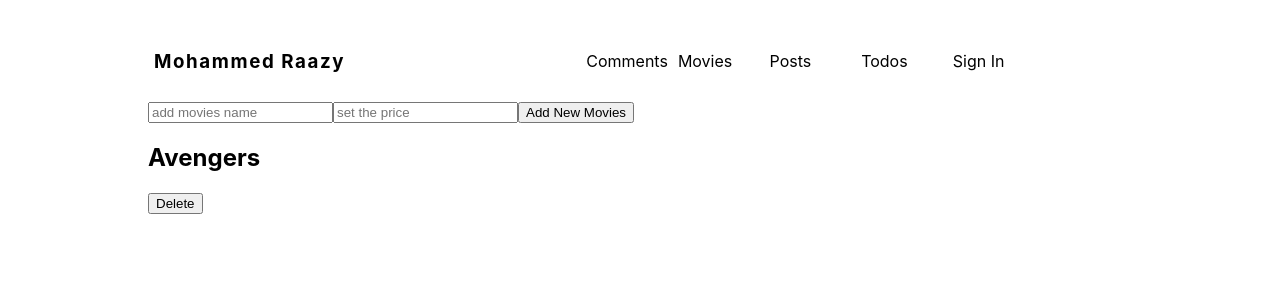
Repository: raazymuhd1/learn-nextjs
Page: /movies
These files come from the project's save history. The page is drawn as it stood at one moment and after the next save; the edit follows.
The browser window is 1280 px wide. The pictures show the whole page.
The page's requests for data from a server got no answer. The project was rebuilt for these pictures with package versions that can differ from the ones it lists, and the page was loaded fresh each time. The framework's server and built-in components were replaced by stand-ins that run in the browser. No one was signed in, and anything a server would have sent is missing.

Above is the page before, as saved 2021-09-02 18:54:29.

### pages/_app.js
import Layout from '../components/Layout'
import '../styles/globals.css'
import { createStore } from "redux"
import { Provider } from "react-redux"

import  allReducers from "../reducers"

const store = createStore(allReducers)

function MyApp({ Component, pageProps }) {
  return (
    <Provider store={store}>
      <Layout>
         <Component {...pageProps} />
      </Layout>
    </Provider>
  )

}

export default MyApp

### pages/movies/index.js
import React, { useState, useRef } from 'react'
import { useSelector, useDispatch } from "react-redux"
import { useRouter } from "next/router"
import MovieList from '../../components/movieList'

const Movie = () => {
       const [ movieName, setMovieName ] = useState("")
       const [ moviePrice, setMoviePrice ] = useState("")
       const btnRef = useRef();

       const movies = useSelector(state => state.movies )
       const dispatch = useDispatch()
       const { push } = useRouter()

    return (
        <div>
             <input
             type="text"
             value={movieName}
             onChange={e => setMovieName(e.target.value) }
             placeholder="add movies name" />

             <input
             type="text"
             value={moviePrice}
             onChange={e => setMoviePrice(e.target.value) }
             placeholder="set the price"  />
             <button
             onClick={ () => dispatch({ type: "addMovie", name: movieName, price: moviePrice }) } > Add New Movies </button>

             { movies.map((movie, index) => (
                 <div>
                   <MovieList name={movie.name} ref={btnRef}  />
                 </div>
             )) }
        </div>
    )
}

export default Movie

### components/Layout/index.js
import React, { useEffect } from 'react'
import Head from 'next/head'
import { Container, Main } from '../global'
import Navbar from '../Navbar'

const Layout = ({ children }) => {

    return (
        <Container>
            <Navbar />
            <Head>
                <meta name="description" content="nextjs app" />
                <title> Big Next Project </title>
            </Head>

            <Main>
                { children }
            </Main>
        </Container>
    )
}

export default Layout

### reducers/index.js
import { combineReducers } from "redux"
import { movies } from './movies'

const allReducers =  combineReducers({
       movies,
})

export default allReducers;

### components/movieList/index.js
import React, { forwardRef } from 'react'
import PropTypes from "prop-types"

const MovieList = forwardRef(( { name }, ref ) => {

    const getRef = () => {
        console.log(ref.current)
    }

    return (
        <div>
            <h2> { name } </h2>
            <button ref={ref} onClick={getRef}> Delete </button>
        </div>
    )
})

MovieList.propTypes = {
    name: PropTypes.string.isRequired,
    // name: PropTypes.oneOfType([PropTypes.array, PropTypes.bool])
}

export default MovieList

### components/global/index.js
import styled from 'styled-components'

export const Container = styled.div`
    padding: 10px;
    width: 80%;
    margin: 1rem auto;
`
export const Main = styled.main`
    padding: 5px 10px;
`

### components/Navbar/index.js
import { LI, Nav, UL, HeadingThree } from "./styles";
import Link from "next/link"
import { useSession, signIn, signOut } from "next-auth/client"

const Navbar = () => {
     const [session, loading] = useSession()

    return (
        <Nav>
             <HeadingThree> Mohammed Raazy </HeadingThree>
             <UL>
                 <Link href="/comment">
                     <LI> Comments </LI>
                 </Link>
                 <Link href="/movies">
                     <LI> Movies </LI>
                 </Link>
                 <Link href="/posts">
                     <LI> Posts </LI>
                 </Link>
                 <Link href="/todo">
                     <LI> Todos </LI>
                 </Link>
                 { !session &&
                        <LI onClick={() => signIn()}> Sign In </LI>
                  }
                  { session && !loading &&
                        <LI onClick={() => signOut() } > Sign Out </LI>
                  }
             </UL>
        </Nav>
    )
}

export default Navbar;

### reducers/movies.js
const initialState = [
    { id: 1, name: "Avengers", price: "3k" },
]

export const movies =  (state = initialState, action) => {
     switch(action.type) {
         case "addMovie":
               return [ ...state, { name: action.name, price: action.price } ]
        default:
            return state
     }
}

### components/Navbar/styles.js
import styled from "styled-components"

export const Nav = styled.nav`
    padding: 5px 1rem;
    display: flex;
    align-items: center;
    justify-content: space-between;
`

export const HeadingThree = styled.h3`
    letter-spacing: 0.1rem;
`

export const UL = styled.div`
   display: grid;
   grid-template-columns: repeat(6, 1fr);
   gap: 10px;
   cursor: pointer;
`

export const LI = styled.li`
    list-style: none;
`

Loaded but not shown: pages/_document.js (common file); styles/globals.css (common file)

After the next save:
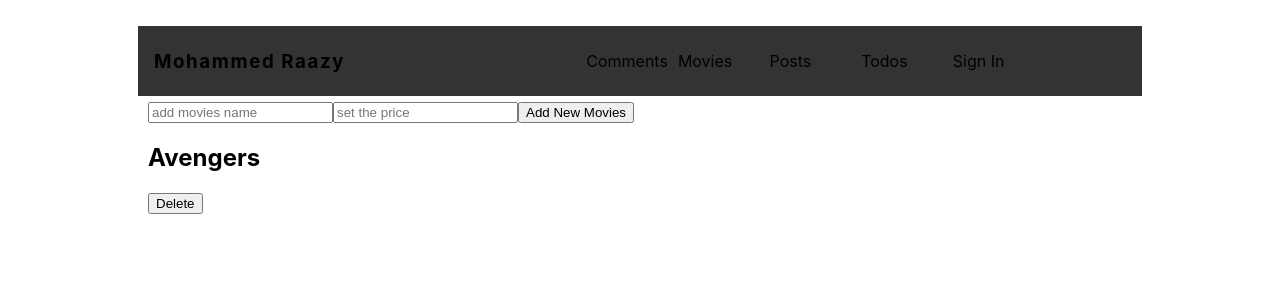
Saved 27 min 8 s later.
--- a/components/Navbar/styles.js
+++ b/components/Navbar/styles.js
@@ -5,6 +5,7 @@ export const Nav = styled.nav`
     display: flex;
     align-items: center;
     justify-content: space-between;
+    background: #333;
 `
 
 export const HeadingThree = styled.h3`
